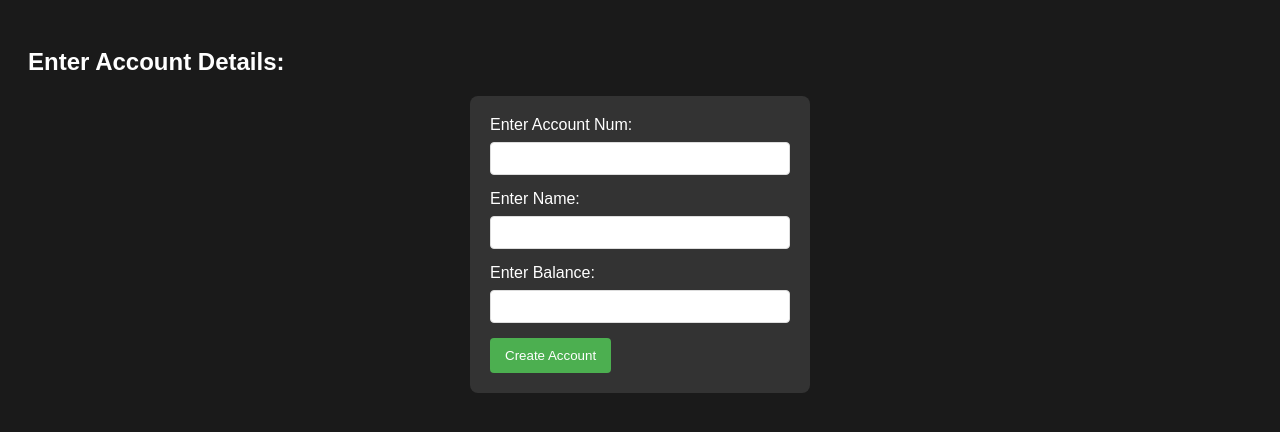
Repository: pritam-parida/HTMLJSCSS
Page: LoginApp/src/main/webapp/Create.html
These files come from the project's save history. The page is drawn as it stood at one moment and after the next save; the edit follows.
The browser window is 1280 px wide. The pictures show the whole page.

Above is the page before, as saved 2024-04-24 09:53:40.

### LoginApp/src/main/webapp/Create.html
<!DOCTYPE html>
<html>
<head>
    <title>Create Account</title>
    <style>
        body {
            background-color: #1a1a1a;
            color: #fff;
            font-family: Arial, sans-serif;
            padding: 20px;
        }
        h2 {
            color: #fff;
        }
        form {
            background-color: #333;
            padding: 20px;
            border-radius: 8px;
            width: 300px;
            margin: 0 auto;
        }
        label {
            display: block;
            margin-bottom: 8px;
            color: #fff;
        }
        input[type="text"] {
            width: 100%;
            padding: 8px;
            margin-bottom: 15px;
            border: 1px solid #ddd;
            border-radius: 4px;
            box-sizing: border-box;
            background-color: #fff;
            color: #333;
        }
        input[type="submit"] {
            background-color: #4CAF50;
            color: #fff;
            padding: 10px 15px;
            border: none;
            border-radius: 4px;
            cursor: pointer;
        }
        input[type="submit"]:hover {
            background-color: #45a049;
        }
    </style>
</head>
<body>
    <h2>Enter Account Details:</h2>
    <form action='CreateServlet' method="post">
        <label>Enter Account Num:</label>
        <input type='text' name='num' />
        <br/>
        <label>Enter Name:</label>
        <input type='text' name='name' />
        <br/>
        <label>Enter Balance:</label>
        <input type='text' name='balance' />
        <br/>
        <input type='submit' value='Create Account' />
    </form>
</body>
</html>

After the next save:
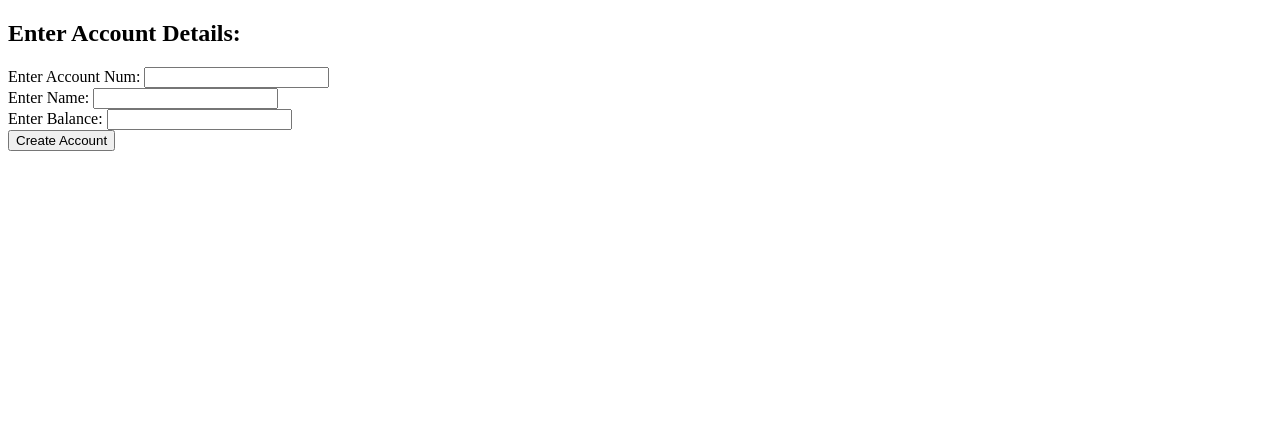
Saved 17 s later.
--- a/LoginApp/src/main/webapp/Create.html
+++ b/LoginApp/src/main/webapp/Create.html
@@ -2,50 +2,6 @@
 <html>
 <head>
     <title>Create Account</title>
-    <style>
-        body {
-            background-color: #1a1a1a;
-            color: #fff;
-            font-family: Arial, sans-serif;
-            padding: 20px;
-        }
-        h2 {
-            color: #fff;
-        }
-        form {
-            background-color: #333;
-            padding: 20px;
-            border-radius: 8px;
-            width: 300px;
-            margin: 0 auto;
-        }
-        label {
-            display: block;
-            margin-bottom: 8px;
-            color: #fff;
-        }
-        input[type="text"] {
-            width: 100%;
-            padding: 8px;
-            margin-bottom: 15px;
-            border: 1px solid #ddd;
-            border-radius: 4px;
-            box-sizing: border-box;
-            background-color: #fff;
-            color: #333;
-        }
-        input[type="submit"] {
-            background-color: #4CAF50;
-            color: #fff;
-            padding: 10px 15px;
-            border: none;
-            border-radius: 4px;
-            cursor: pointer;
-        }
-        input[type="submit"]:hover {
-            background-color: #45a049;
-        }
-    </style>
 </head>
 <body>
     <h2>Enter Account Details:</h2>
